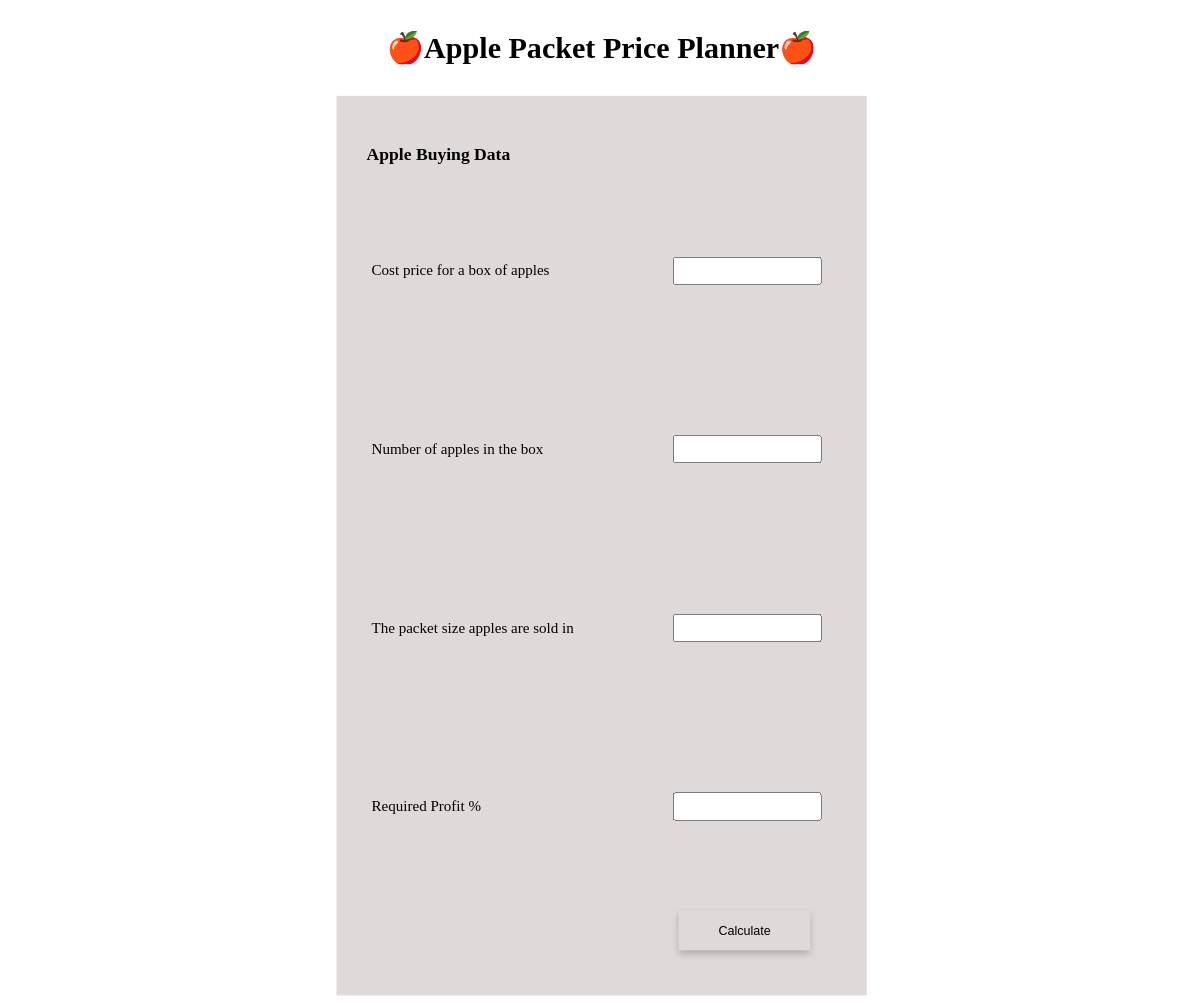
Repository: lasity34/apple-packet-price-planner
Page: index.html
These files come from the project's save history. The page is drawn as it stood at one moment and after the next save; the edit follows.
The browser window is 1280 px wide. The pictures show the whole page, at 94% of full size.

Above is the page before, as saved 2023-05-29 11:50:54.

After the next save:
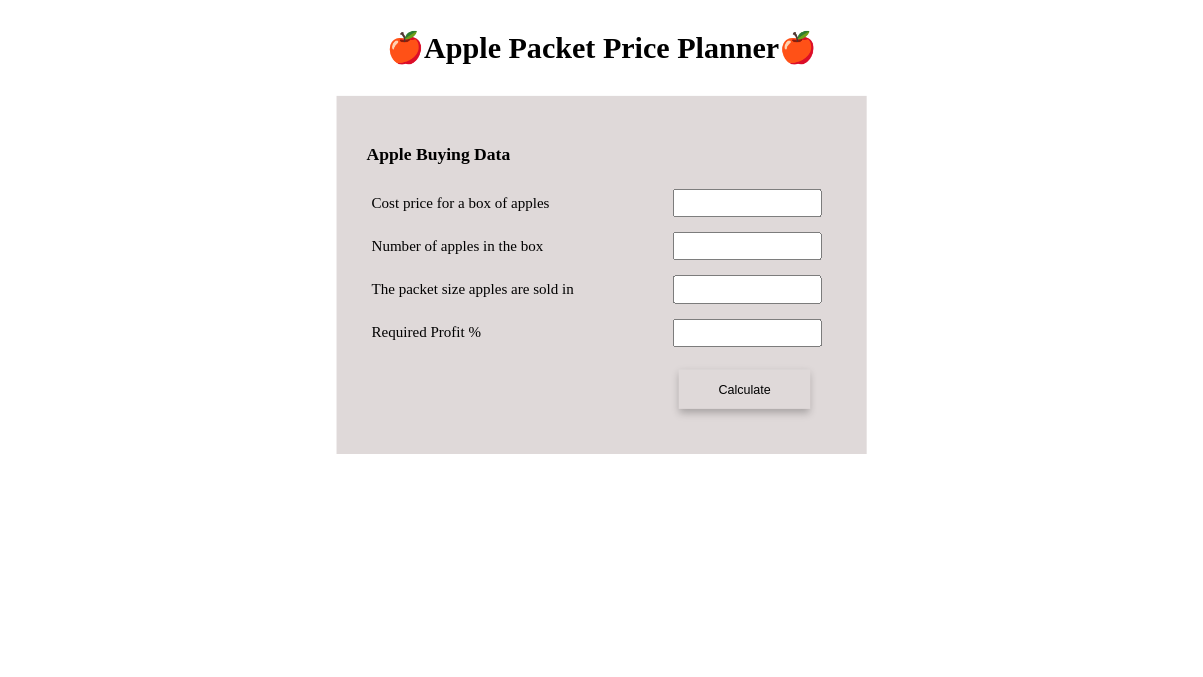
Saved 4 s later.
--- a/style.css
+++ b/style.css
@@ -13,7 +13,7 @@ main {
 }
 
 .input_section {
-    padding: 05em 0;
+    padding: 0.5em 0;
 }
 
 .input_container {
